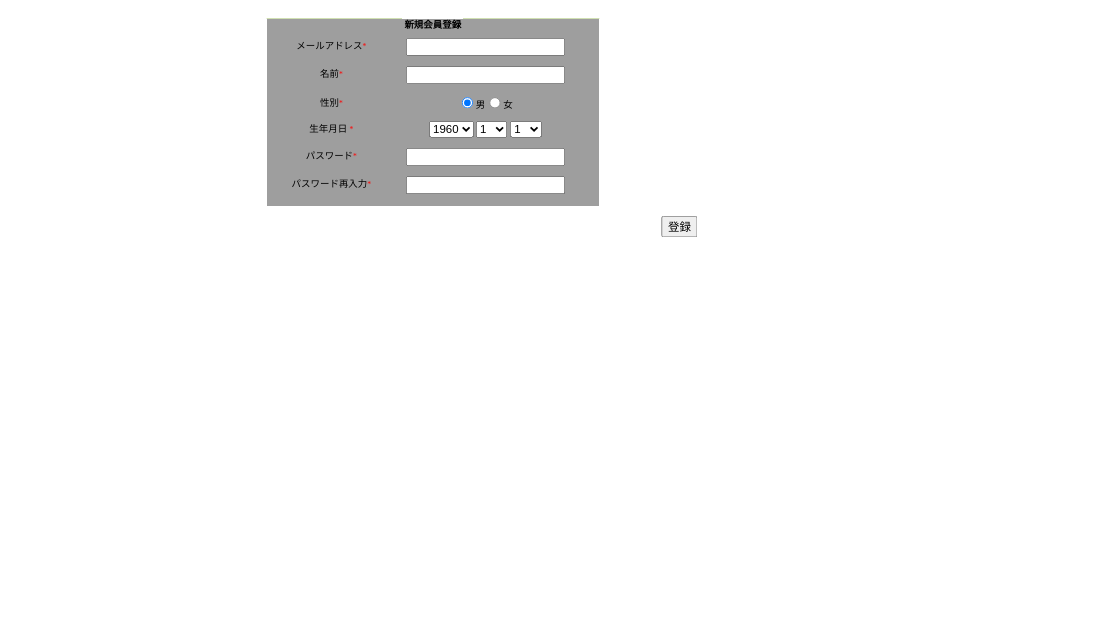
Repository: kawaguchi-mizuki/ntmc
Page: http://localhost/movie/adduser
These files come from the project's save history. The page is drawn as it stood at one moment and after the next save; the edit follows.
The browser window is 1280 px wide. The pictures show the whole page, at 86% of full size.
Pictures or frames that could not be fetched are drawn as grey boxes. The page is served by Tomcat 9. Other server files are loaded and not shown.

Above is the page before, as saved 2019-06-19 07:24:40.
Console error: TypeError: Cannot read properties of null (reading 'appendChild')

### 開発/movie/movie/WebContent/WEB-INF/jsp/add_user.jsp
<%@ page language="java" contentType="text/html; charset=UTF-8"
	pageEncoding="UTF-8"%>
<!DOCTYPE html>
<html>
<head>
<meta charset="UTF-8">
<link href="css/user_add.css" rel="stylesheet" type="text/css">
<title>会員登録</title>
</head>
<body>
	</form>
	<form class="cmxform" action="user" method="POST">
		<fieldset>
			<legend>新規会員登録</legend>
			<ol>
				<li><label for="address">メールアドレス<em>*</em></label> <input
					id="mail" name="mail" /></li>
				<li><label for="name">名前<em>*</em></label> <input id="name"
					name="name" /></li>
				<li><label for="sex">性別<em>*</em></label> <input type="radio"
					name="sex" value="男" checked="checked">男<input type="radio"
					name="sex" value="女">女</li>
				<li><label for="dob">生年月日 <span class="sr">(年)</span> <em>*</em></label>
					<select id="year" name="yaer">
				</select> <label for="month" class="sr">生年月日（月) <em>*</em>
				</label> <select id="month" name="month">
				</select> <label for="day" class="sr">生年月日 (日) <em>*</em>
				</label> <select id="day" name="day"></select></li>
				</li>
				<li><label for="password">パスワード<em>*</em></label> <input
					type="password" id="password" name="password" /></li>
				<li><label for="postcode">パスワード再入力<em>*</em></label> <input
					type="password" id="r-password" name="r-password" /></li>
			</ol>
		</fieldset>
		<%
			String errflg = request.getParameter("errflg");
		%>
		<%
			if (errflg != null && errflg.equals("1")) {
		%>
		<p>空白があります！</p>
		<%
			} else if (errflg != null && errflg.equals("2")) {
		%>
		<p>パスワードは同じ文字をいれてください！</p>
		<%
			}
		%>
		<p>
			<input type="submit" value="登録" />
		</p>
	</form>

</body>

<script>
	//optionタグ量産
	const year = document.getElementById('year')
	const month = document.getElementById('month')
	const day = document.getElementById('day')
	for (let i = 1960; i <= 2019; i++) {
		const optionTag = document.createElement("option")
		year.appendChild(optionTag)
		dispatchOption(optionTag, i)
	}
	for (let i = 1; i <= 12; i++) {
		const optionTag = document.createElement("option")
		month.appendChild(optionTag)
		dispatchOption(optionTag, i)
	}
	for (let i = 1; i < 31; i++) {
		const optionTag = document.createElement("option")
		day.appendChild(optionTag)
		dispatchOption(optionTag, i)
	}
	//optionタグにvalueと表示文字を付与
	function dispatchOption(option, value) {
		option.textContent = value
		option.value = value
	}

	const addr = document.getElementById('addr')

	var mail = [ "@st.asojuku.ac.jp", "@gmail.com", "@ezweb.ne.jp",
			"@docomo.ne.jp", "@softbank.jp", "" ];

	for (let i = 0; i < mail.length; i++) {
		const optionTag = document.createElement("option")
		addr.appendChild(optionTag)
		dispatchOption(optionTag, mail[i])
	}
</script>


</body>
</html>

### 開発/movie/movie/src/movie/controller/AddUserStart.java
package movie.controller;

import java.io.IOException;

import javax.servlet.RequestDispatcher;
import javax.servlet.ServletException;
import javax.servlet.annotation.WebServlet;
import javax.servlet.http.HttpServlet;
import javax.servlet.http.HttpServletRequest;
import javax.servlet.http.HttpServletResponse;
@WebServlet("/adduser")
public class AddUserStart extends HttpServlet {

	@Override
	protected void doGet(HttpServletRequest request, HttpServletResponse respons) throws ServletException, IOException {
		// TODO 自動生成されたメソッド・スタブ
		RequestDispatcher dispatcher = request.getRequestDispatcher("WEB-INF/jsp/add_user.jsp");
		dispatcher.forward(request, respons);

	}


}

### 開発/movie/movie/WebContent/css/user_add.css

form.cmxform {
    margin-left:300px;
    font-size:11px;
    text-align: center;

}
form.cmxform fieldset {
    width:370px;
    border:0;
    border-top:1px solid #c9dca6;
    background:url(/content/img/css/cmxform-fieldset.gif) left bottom repeat-x;
}
form.cmxform legend {
    padding:1em 2px 0 2px;
    font-weight:bold;
}
form.cmxform em {
    color:#f00;
    background-color:transparent;
    font-weight:normal;
    font-style:normal;
    font-size:.8em;
}
form.cmxform label {
    display:block;
    float:left;
    width:120px;
}
form.cmxform fieldset ol {
    margin:0;
    padding:0;
}
form.cmxform fieldset li {
    list-style:none;
    clear:both;
    margin:0; padding:5px 5px 7px 7px;
    background:url(/content/img/css/cmxform-divider.gif) left bottom repeat-x;
}
form.cmxform fieldset fieldset {
    border:none;
    background:none;
}
    form.cmxform fieldset fieldset legend {
        font-weight:normal;
        padding-left:0;
    }
    form.cmxform fieldset fieldset label {
        float:none;
        width:auto;
    }
form.cmxform .sr {
    position:absolute;
    left:-9999px; top:0;
    width:1px; height:1px;
    overflow:hidden;
}

After the next save:
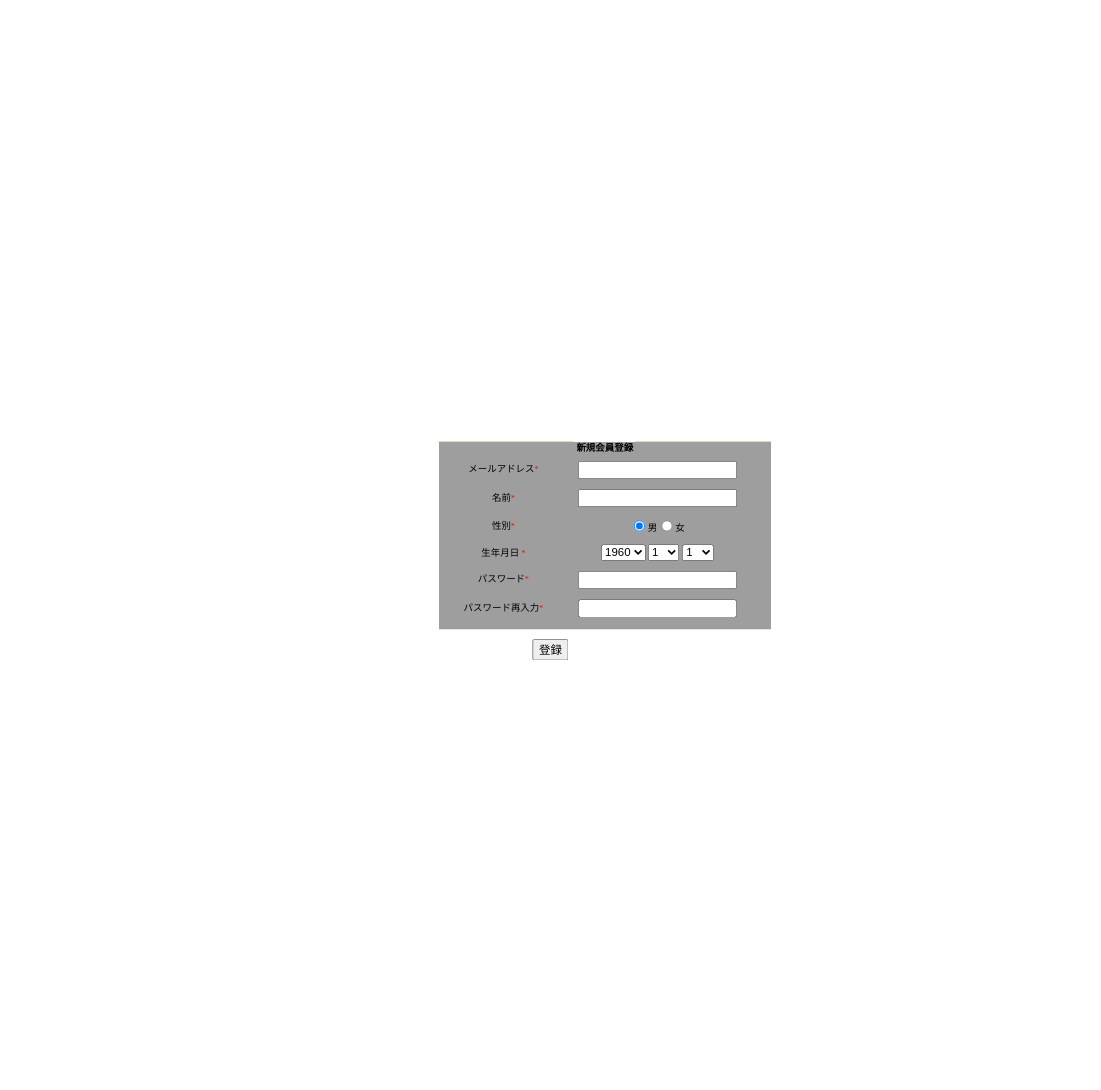
Saved 18 s later.
--- a/開発/movie/movie/WebContent/css/user_add.css
+++ b/開発/movie/movie/WebContent/css/user_add.css
@@ -1,6 +1,6 @@
 
 form.cmxform {
-    margin-left:300px;
+    margin:500px;
     font-size:11px;
     text-align: center;
 
